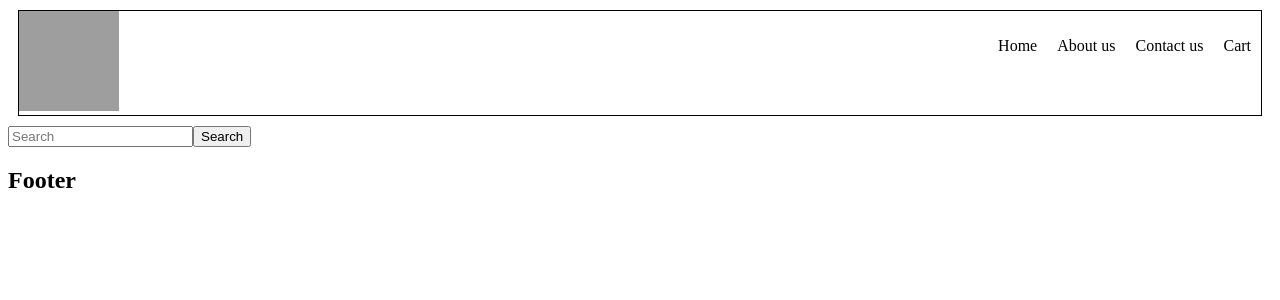
Repository: shivamv97/FOOD-VILLA-APP
Page: /
The author's editor kept a copy of each file at every save. The page is drawn from the files as they stood at one save, then again after the next save.
The browser window is 1280 px wide. The pictures show the whole page.
Pictures or frames that could not be fetched are drawn as grey boxes. The page's requests for data from a server got no answer. The project was rebuilt for these pictures with package versions that can differ from the ones it lists, and the page was loaded fresh each time. No one was signed in, and anything a server would have sent is missing. Also part of the build but not shown: src/components/RestaurantCards.js, src/components/ShimmerUI.js.

Above is the page before, as saved 2024-07-26 14:46:38.

After the next save:
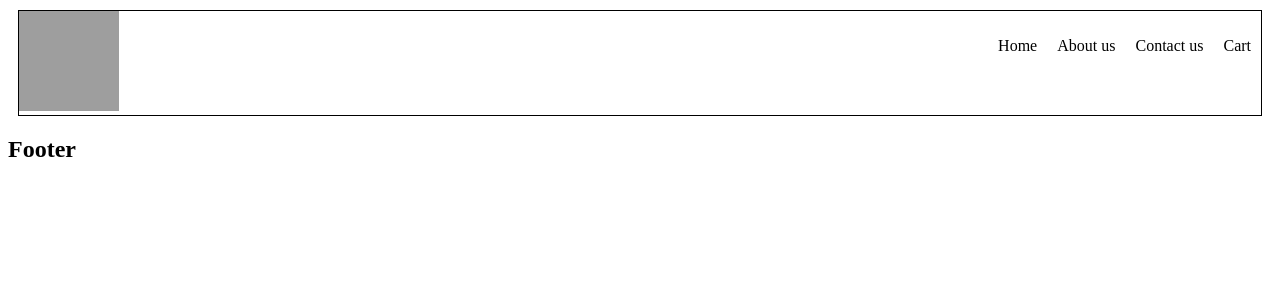
Saved 3 h 57 min later.
--- a/src/components/Body.js
+++ b/src/components/Body.js
@@ -36,7 +36,9 @@
 
   console.log("render");
 
-  return (
+  return restaurants.length === 0 ? (
+    <shimmer />
+  ) : (
     <>
       <div className="search-box">
         <input

After the 3 saves that followed:
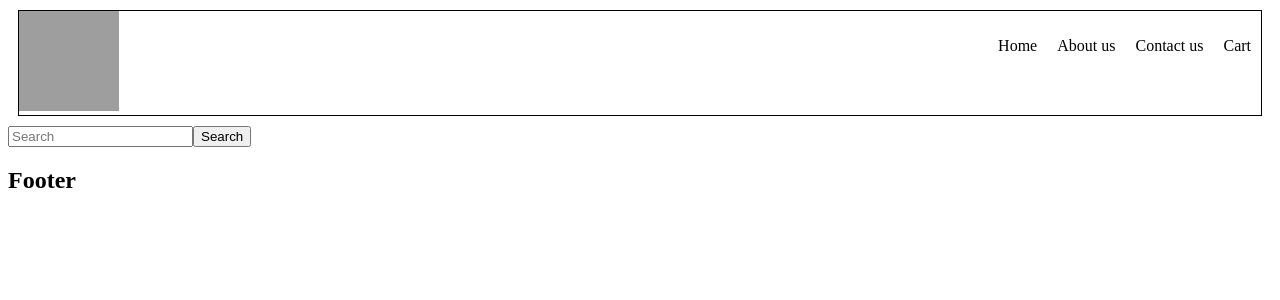
The 3 saves are shown as one change because 2 left the picture as it was.
The last was saved 6 min 4 s later.
--- a/src/components/Body.js
+++ b/src/components/Body.js
@@ -36,9 +36,7 @@
 
   console.log("render");
 
-  return restaurants.length === 0 ? (
-    <shimmer />
-  ) : (
+  return (
     <>
       <div className="search-box">
         <input
